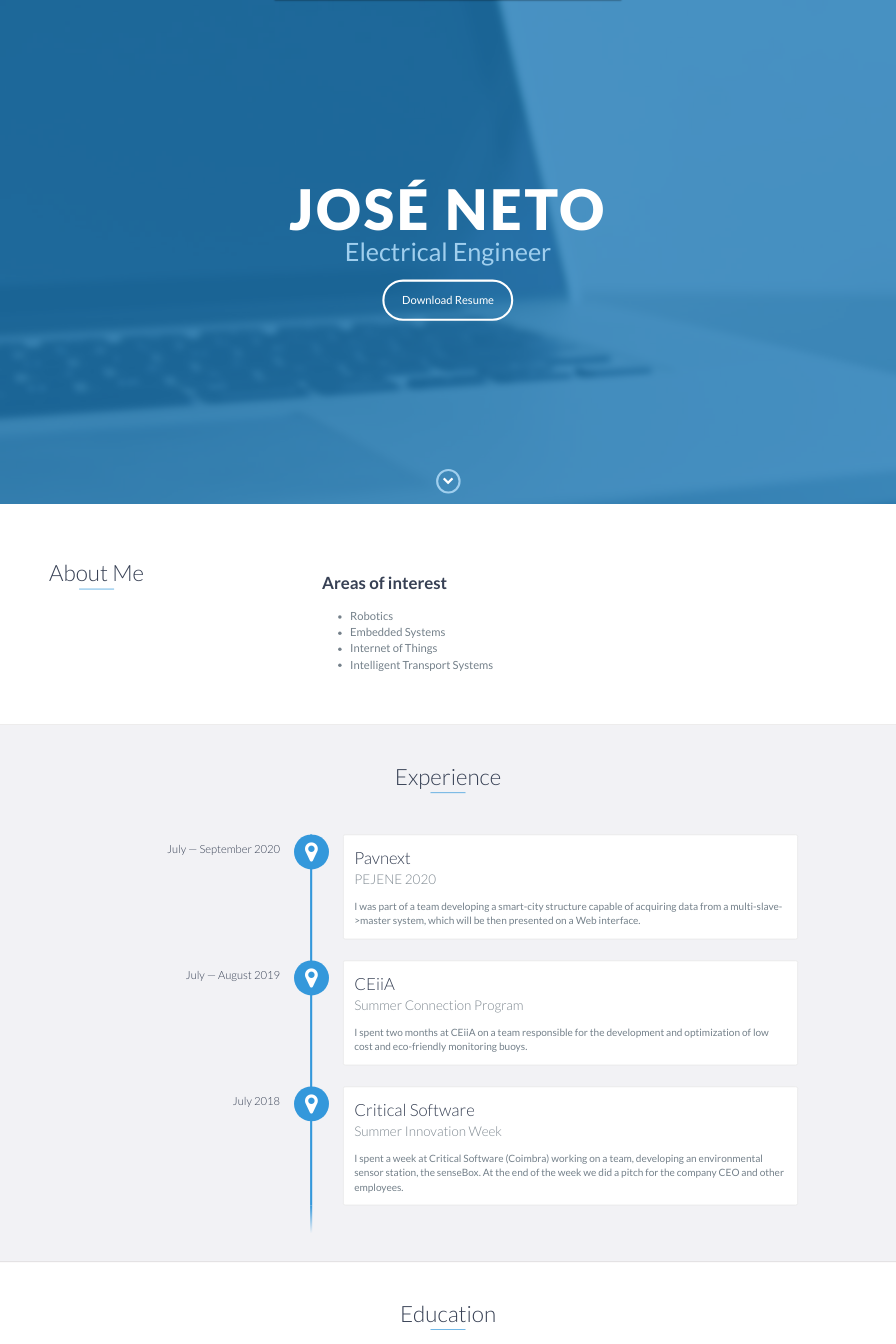
Repository: josegneto/josegneto.github.io
Page: index.html
The author's editor kept a copy of each file at every save. The page is drawn from the files as they stood at one save, then again after a run of saves.
The browser window is 1280 px wide. The pictures show the part of the page from y = 0 to 1920 px (the page is 4208 px tall), at 70% of full size.

Above is the page before, as saved 2021-11-30 11:35:38.

After the next 2 saves:
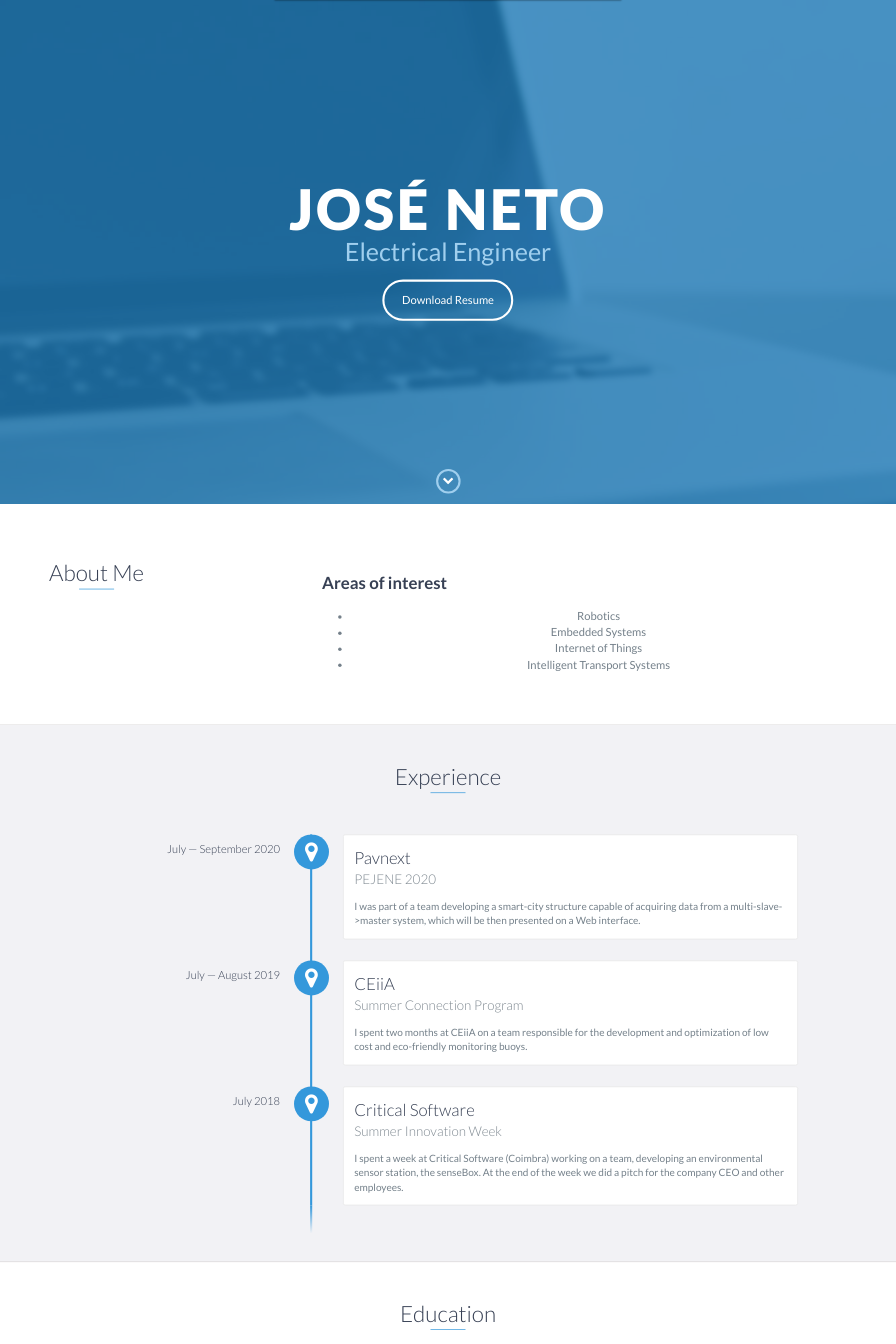
The 2 saves are shown as one change because they came seconds apart.
The last was saved 25 s later.
--- a/css/styles.css
+++ b/css/styles.css
@@ -363,7 +363,8 @@ footer {
 
 #about p, #about ul, #about li {
 	color: #74808a;
-	margin: 0
+	margin: 0;
+    text-align: center
 }
 
 #experience {
